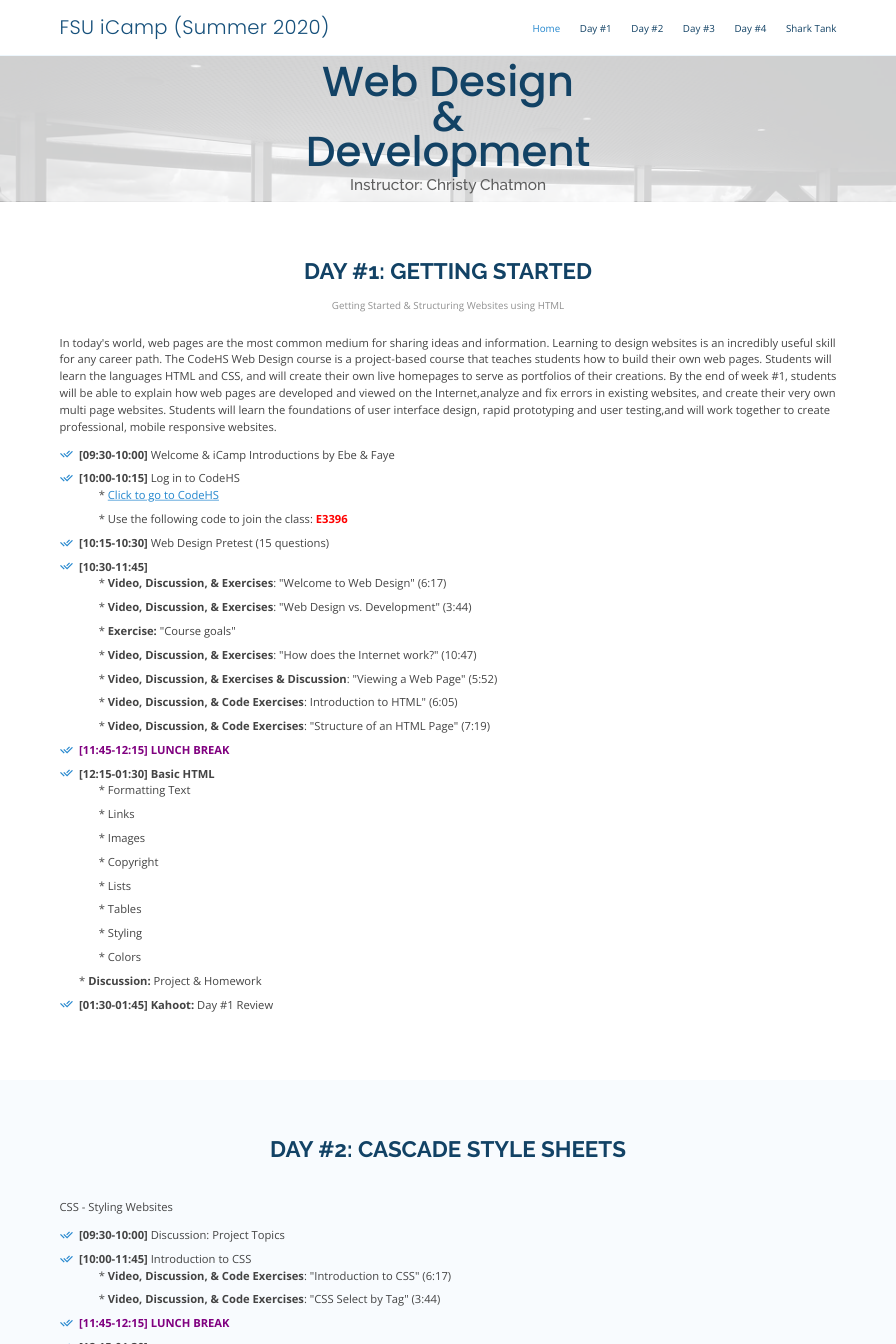
Repository: cchatmon/iCamp_2020
Page: iCamp_OnePage/index.html
The author's editor kept a record of every edit. The page is drawn from the files as they stood at one moment, then again after the next edit.
The browser window is 1280 px wide. The pictures show the part of the page from y = 0 to 1920 px (the page is 3272 px tall), at 70% of full size.
Backgrounds fixed to the window are drawn as part of the page.

Above is the page before.

### iCamp_OnePage/index.html
<!DOCTYPE html>
<html lang="en">

<head>
  <meta charset="utf-8">
  <meta content="width=device-width, initial-scale=1.0" name="viewport">

  <title>FSU iCamp (Week #1)</title>
  <meta content="" name="descriptison">
  <meta content="" name="keywords">

  <!-- Favicons -->
  <link href="assets/img/favicon.png" rel="icon">
  <link href="assets/img/apple-touch-icon.png" rel="apple-touch-icon">

  <!-- Google Fonts -->
  <link href="https://fonts.googleapis.com/css?family=Open+Sans:300,300i,400,400i,600,600i,700,700i|Raleway:300,300i,400,400i,500,500i,600,600i,700,700i|Poppins:300,300i,400,400i,500,500i,600,600i,700,700i" rel="stylesheet">

  <!-- Vendor CSS Files -->
  <link href="assets/vendor/bootstrap/css/bootstrap.min.css" rel="stylesheet">
  <link href="assets/vendor/icofont/icofont.min.css" rel="stylesheet">
  <link href="assets/vendor/boxicons/css/boxicons.min.css" rel="stylesheet">
  <link href="assets/vendor/remixicon/remixicon.css" rel="stylesheet">
  <link href="assets/vendor/venobox/venobox.css" rel="stylesheet">
  <link href="assets/vendor/owl.carousel/assets/owl.carousel.min.css" rel="stylesheet">
  <link href="assets/vendor/aos/aos.css" rel="stylesheet">

  <!-- Template Main CSS File -->
  <link href="assets/css/style.css" rel="stylesheet">

  <!-- =======================================================
  * Template Name: OnePage - v2.0.0
  * Template URL: https://bootstrapmade.com/onepage-multipurpose-bootstrap-template/
  * Author: BootstrapMade.com
  * License: https://bootstrapmade.com/license/
  ======================================================== -->
</head>

<body>

  <!-- ======= Header ======= -->
  <header id="header" class="fixed-top">
    <div class="container d-flex align-items-center">

      <h1 class="logo mr-auto"><a href="index.html">FSU iCamp (Summer 2020)</a></h1>
      <!-- Uncomment below if you prefer to use an image logo -->
      <!-- <a href="index.html" class="logo mr-auto"><img src="assets/img/logo.png" alt="" class="img-fluid"></a>-->

      <nav class="nav-menu d-none d-lg-block">
        <ul>
          <li class="active"><a href="index.html">Home</a></li>
          <li><a href="#day1">Day #1</a></li>
          <li><a href="#day2">Day #2</a></li>
          <li><a href="#day3">Day #3</a></li>
          <li><a href="#day4">Day #4</a></li>
          <li><a href="#sharkTank">Shark Tank</a></li>
        </ul>
      </nav><!-- .nav-menu -->
    </div>
  </header><!-- End Header -->

  <!-- ======= Hero Section ======= -->
  <section id="hero" class="d-flex align-items-center">
    <div class="container position-relative" data-aos="fade-up" data-aos-delay="100">
      <div class="row justify-content-center">
        <div class="col-xl-7 col-lg-9 text-center">
          <h1>Web Design <br>&<br>Development</h1>
          <h2>Instructor:  Christy Chatmon</h2>
        </div>
      </div>
      </div>
  </section><!-- End Hero -->

  <main id="main">

    <!-- ======= Day #1 Section ======= -->
    <section id="day1" class="about">
      <div class="container" data-aos="fade-up">

        <div class="section-title">
          <h2>Day #1:  Getting Started</h2>
          <p>Getting Started & Structuring Websites using HTML </p>
        </div>

        <div class="row content">
          <div class="col-lg-12">
            <p>In today's world, web pages are the most common medium for sharing ideas and information.  Learning to design websites is an incredibly useful skill for any career path. The CodeHS Web Design course is a project-based course that teaches students how to build their own web pages. Students will learn the languages HTML and CSS, and will create their own live homepages to serve as portfolios of their creations. By the end of week #1, students will be able to explain how web pages are developed and viewed on the Internet,analyze and fix errors in existing websites, and create their very own multi page websites.  Students will learn the foundations of user interface design, rapid prototyping and user testing,and will work together to create professional, mobile responsive websites.
            </p>
            <ul>
              <li><i class="ri-check-double-line"></i><b>[09:30-10:00]</b> Welcome & iCamp Introductions by Ebe & Faye</li>
              <li><i class="ri-check-double-line"></i><b>[10:00-10:15]</b> Log in to CodeHS
                  <ul>
                    <li>* <a href="https://codehs.com"><u>Click to go to CodeHS</u></a></li>
                    <li>* Use the following code to join the class:  <b style="color:red;">E3396</b></li>
                  </ul>
              </li>
              <li><i class="ri-check-double-line"></i><b>[10:15-10:30]</b> Web Design Pretest (15 questions)</li>

              <li><i class="ri-check-double-line"></i><b>[10:30-11:45]</b>
                  <ul>
                    <li>* <b>Video, Discussion, & Exercises</b>: "Welcome to Web Design" (6:17) </li>
                    <li>* <b>Video, Discussion, & Exercises</b>:  "Web Design vs. Development" (3:44) </li>
                     <li>* <b>Exercise:</b> "Course goals" </li>
                    <li>* <b>Video, Discussion, & Exercises</b>:  "How does the Internet work?" (10:47) </li>
                    <li>* <b>Video, Discussion, & Exercises & Discussion</b>: "Viewing a Web Page" (5:52) </li>
                    <li>* <b>Video, Discussion, & Code Exercises</b>: Introduction to HTML" (6:05) </li>
                   <li>* <b>Video, Discussion, & Code Exercises</b>: "Structure of an HTML Page"  (7:19) </li>
                  </ul>
                </li>
                <li><i class="ri-check-double-line"></i><b style="color:purple;">[11:45-12:15]  LUNCH BREAK </b>
                </li>
                <li><i class="ri-check-double-line"></i><b>[12:15-01:30]  Basic HTML</b>
                    <ul>
                        <li>* Formatting Text</li>
                        <li>* Links</li>
                        <li>* Images</li>
                        <li>* Copyright</li>
                        <li>* Lists</li>
                        <li>* Tables</li>
                        <li>* Styling</li>
                        <li>* Colors</li>
                      </ul>
                </li>
                <li>* <b>Discussion:</b>  Project & Homework </li>
                <li><i class="ri-check-double-line"></i><b>[01:30-01:45]  Kahoot:</b>  Day #1 Review
              </li>

            </ul>
          </div>
        </div>
      </div>
    </section><!-- End Day #1 Section -->


    <!-- ======= Day #2 Section ======= -->
    <section id="day2" class="services section-bg">
      <div class="container" data-aos="fade-up">

        <div class="section-title">
          <h2>Day #2:  Cascade Style Sheets</h2>
        </div>


        <div class="row content">
          <div class="col-lg-12">
            <p>CSS - Styling Websites
            </p>
            <ul>
              <li><i class="ri-check-double-line"></i><b>[09:30-10:00]</b> Discussion:  Project Topics</li>

              <li><i class="ri-check-double-line"></i><b>[10:00-11:45]</b> Introduction to CSS
                  <ul>
                    <li>* <b>Video, Discussion, & Code Exercises</b>: "Introduction to CSS" (6:17) </li>
                    <li>* <b>Video, Discussion, & Code Exercises</b>:  "CSS Select by Tag" (3:44) </li>
                  </ul>
                </li>
                <li><i class="ri-check-double-line"></i><b style="color:purple;">[11:45-12:15]  LUNCH BREAK </b>
                </li>
                <li><i class="ri-check-double-line"></i><b>[12:15-01:30]</b>
                <ul>
                    <li>* <b>Video, Discussion, & Code Exercises</b>:  "CSS Select by Class" (10:47) </li>
                    <li>* <b>Video, Discussion, & Code Exercises</b>: "CSS Select by ID" (5:52) </li>
                    <li>* <b>Discussion:</b>  Project & Homework </li>
                  </ul>
              </li>
                <li><i class="ri-check-double-line"></i><b>[01:30-01:45]  Kahoot:</b>   Day #2 Review
              </li>

            </ul>
          </div>
        </div>
      </div>
    </section><!-- End Day #2 Section -->

    <!-- ======= Day3 Section ======= -->
    <section id="day3" class="portfolio">
      <div class="container" data-aos="fade-up">

        <div class="section-title">
          <h2>Day #3:  Project & Bootstrap</h2>
        </div>


        <div class="row content">
          <div class="col-lg-12">
            <p>Project Details & Bootstrap
            </p>
            <ul>
              <li><i class="ri-check-double-line"></i><b>[09:30-10:30]</b> Examples & Coding Challenges:  Project</li>

              <li><i class="ri-check-double-line"></i><b>[10:30-11:45]</b> Introduction to Bootstrap
                </li>
                <li><i class="ri-check-double-line"></i><b style="color:purple;">[11:45-12:15]  LUNCH BREAK </b>
                </li>
                <li><i class="ri-check-double-line"></i><b>[12:15-01:30]</b>
                <ul>
                    <li>*  <b>Examples & Coding Challenges:</b>  Bootstrap Grid System & Components

                    <li>* <b>Discussion:</b>  Project & Homework </li>
                  </ul>
              </li>
                <li><i class="ri-check-double-line"></i><b>[01:30-01:45]  Kahoot:</b>  Day #3 Review
              </li>

            </ul>
          </div>
        </div>
      </div>
    </section><!-- End Day #3 Section -->

    <!-- ======= Day #4 Section ======= -->
    <section id="day4" class="team section-bg">
      <div class="container" data-aos="fade-up">

        <div class="section-title">
          <h2>Day #4:  Project & Shark Tank Event</h2>
        </div>


        <div class="row content">
          <div class="col-lg-12">
            <p>Project Details & Bootstrap
            </p>
            <ul>
               <li><i class="ri-check-double-line"></i><b>[09:30-09:45]</b> Web Design Posttest</li>

              <li><i class="ri-check-double-line"></i><b>[09:45-11:45]</b> Revise & Test Final Projects (Help Session)
                </li>
                <li><i class="ri-check-double-line"></i><b style="color:purple;">[11:45-12:15]  LUNCH BREAK </b>
                </li>
                <li><i class="ri-check-double-line"></i><b>[12:15-01:30]</b>
                <ul>
                    <li>*  <b>Shark Tank Event:</b>  Project Presentations  </li>

                    <li>*  <b>Final Projects:  </b>Awards & Recognition  </li>
                  </ul>
              </li>
                <li><i class="ri-check-double-line"></i><b>[01:30-01:45]  Kahoot:</b>  Day #4 Review
              </li>

            </ul>
          </div>
        </div>
      </div>
    </section><!-- End Day #4 Section -->

  </main><!-- End #main -->

  <!-- ======= Footer ======= -->
  <footer id="footer">

    <div class="container d-md-flex py-4">

      <div class="mr-md-auto text-center text-md-left">
        <div class="copyright">
          &copy; Copyright <strong><span>FSU iCamp 2020</span></strong>. All Rights Reserved
        </div>

  </footer><!-- End Footer -->

  <a href="#" class="back-to-top"><i class="ri-arrow-up-line"></i></a>
  <div id="preloader"></div>

  <!-- Vendor JS Files -->
  <script src="assets/vendor/jquery/jquery.min.js"></script>
  <script src="assets/vendor/bootstrap/js/bootstrap.bundle.min.js"></script>
  <script src="assets/vendor/jquery.easing/jquery.easing.min.js"></script>
  <script src="assets/vendor/php-email-form/validate.js"></script>
  <script src="assets/vendor/waypoints/jquery.waypoints.min.js"></script>
  <script src="assets/vendor/counterup/counterup.min.js"></script>
  <script src="assets/vendor/venobox/venobox.min.js"></script>
  <script src="assets/vendor/owl.carousel/owl.carousel.min.js"></script>
  <script src="assets/vendor/isotope-layout/isotope.pkgd.min.js"></script>
  <script src="assets/vendor/aos/aos.js"></script>

  <!-- Template Main JS File -->
  <script src="assets/js/main.js"></script>

</body>

</html>

Loaded but not shown: iCamp_OnePage/assets/vendor/bootstrap/css/bootstrap.min.css (library); iCamp_OnePage/assets/vendor/icofont/icofont.min.css (library); iCamp_OnePage/assets/vendor/boxicons/css/boxicons.min.css (library); iCamp_OnePage/assets/vendor/remixicon/remixicon.css (library); iCamp_OnePage/assets/vendor/venobox/venobox.css (library); iCamp_OnePage/assets/vendor/owl.carousel/assets/owl.carousel.min.css (library); iCamp_OnePage/assets/vendor/aos/aos.css (library); iCamp_OnePage/assets/vendor/jquery/jquery.min.js (library); iCamp_OnePage/assets/vendor/bootstrap/js/bootstrap.bundle.min.js (library); iCamp_OnePage/assets/vendor/jquery.easing/jquery.easing.min.js (common file); iCamp_OnePage/assets/vendor/php-email-form/validate.js (library); iCamp_OnePage/assets/vendor/waypoints/jquery.waypoints.min.js (library); iCamp_OnePage/assets/vendor/counterup/counterup.min.js (common file); iCamp_OnePage/assets/vendor/venobox/venobox.min.js (library); iCamp_OnePage/assets/vendor/owl.carousel/owl.carousel.min.js (library); iCamp_OnePage/assets/vendor/isotope-layout/isotope.pkgd.min.js (library); iCamp_OnePage/assets/vendor/aos/aos.js (library); iCamp_OnePage/assets/js/main.js (207 lines, source omitted); iCamp_OnePage/assets/css/style.css (2029 lines, source omitted)

After the next edit:
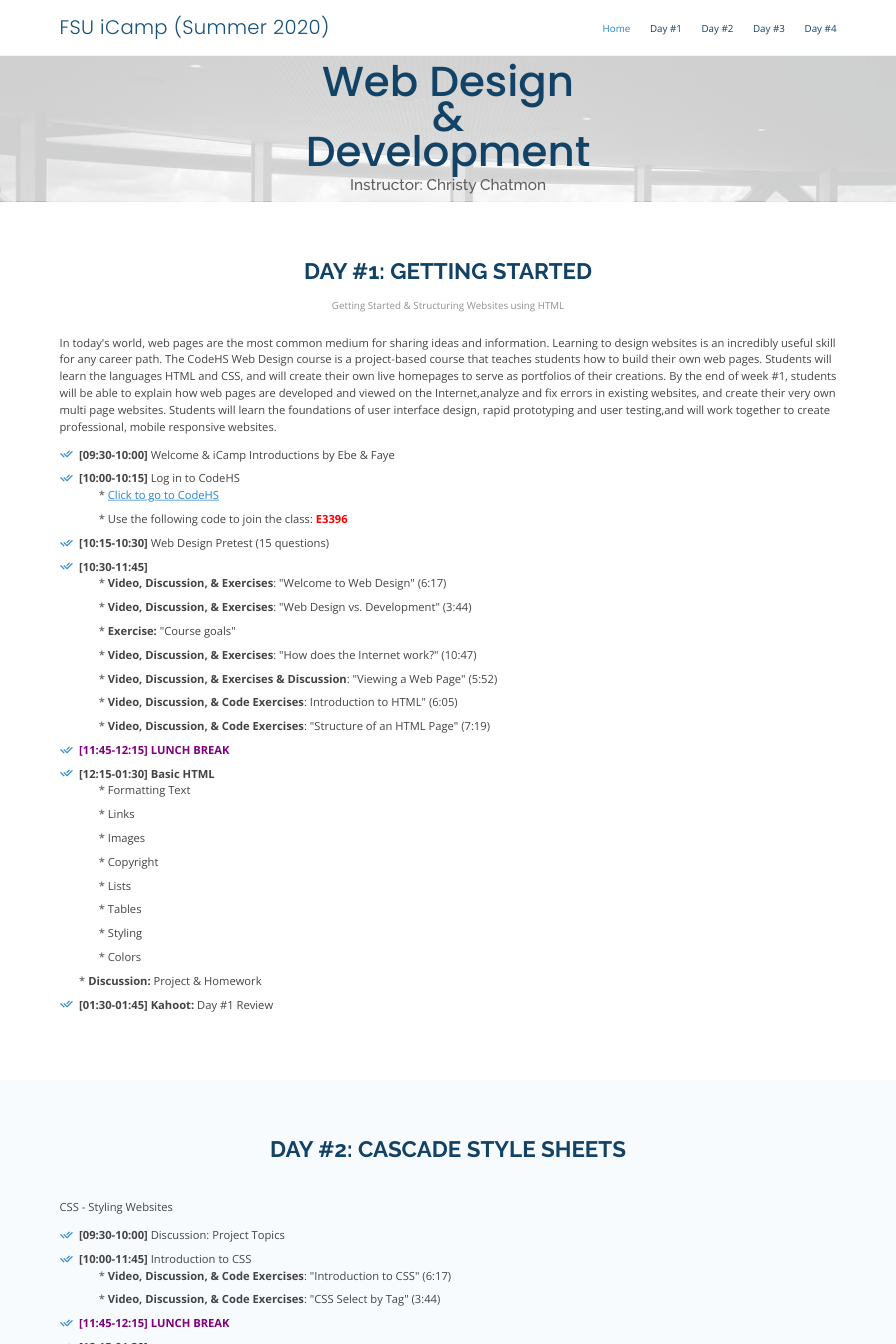
The edit:
--- a/iCamp_OnePage/index.html
+++ b/iCamp_OnePage/index.html
@@ -53,7 +53,6 @@
           <li><a href="#day2">Day #2</a></li>
           <li><a href="#day3">Day #3</a></li>
           <li><a href="#day4">Day #4</a></li>
-          <li><a href="#sharkTank">Shark Tank</a></li>
         </ul>
       </nav><!-- .nav-menu -->
     </div>
